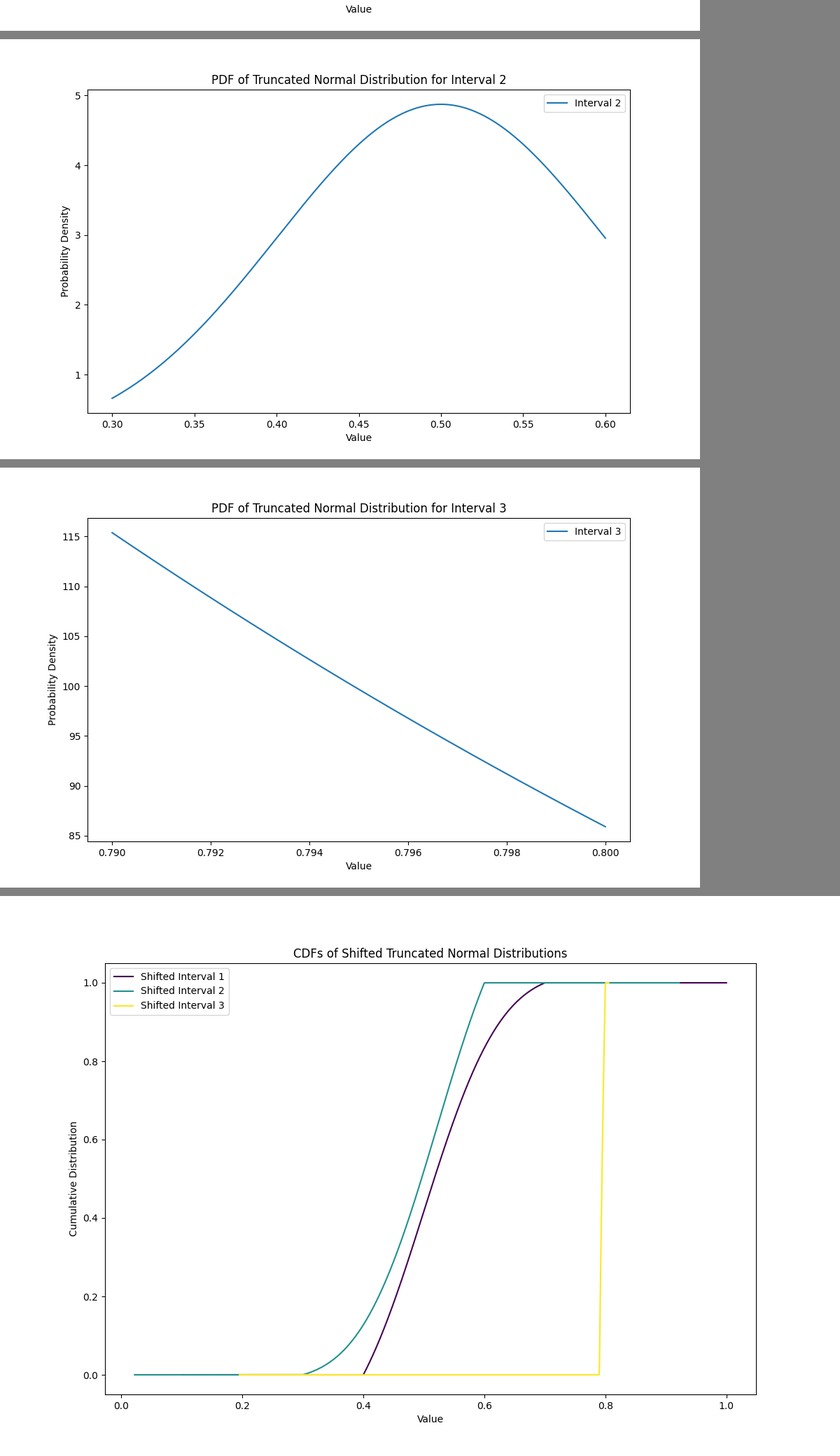
Repository: KrystofM/stealing-part-lm-supplementary-plaid
Script's output: python optimize_logit_queries/askers/some_one_over_n_copy.py
An editor plug-in stored every save of this project. The script's output is shown before and after the next save, followed by the edit.
The pictures show rows 556 to 2636 of an output 2636 px tall, at 70% of full size.
Each picture stacks the figures in order, with grey between them; figures that are only written to a file come last. Random numbers start from a fixed seed.

Above is the script's output before, as saved 2024-06-20 16:25:33.

After the next save:
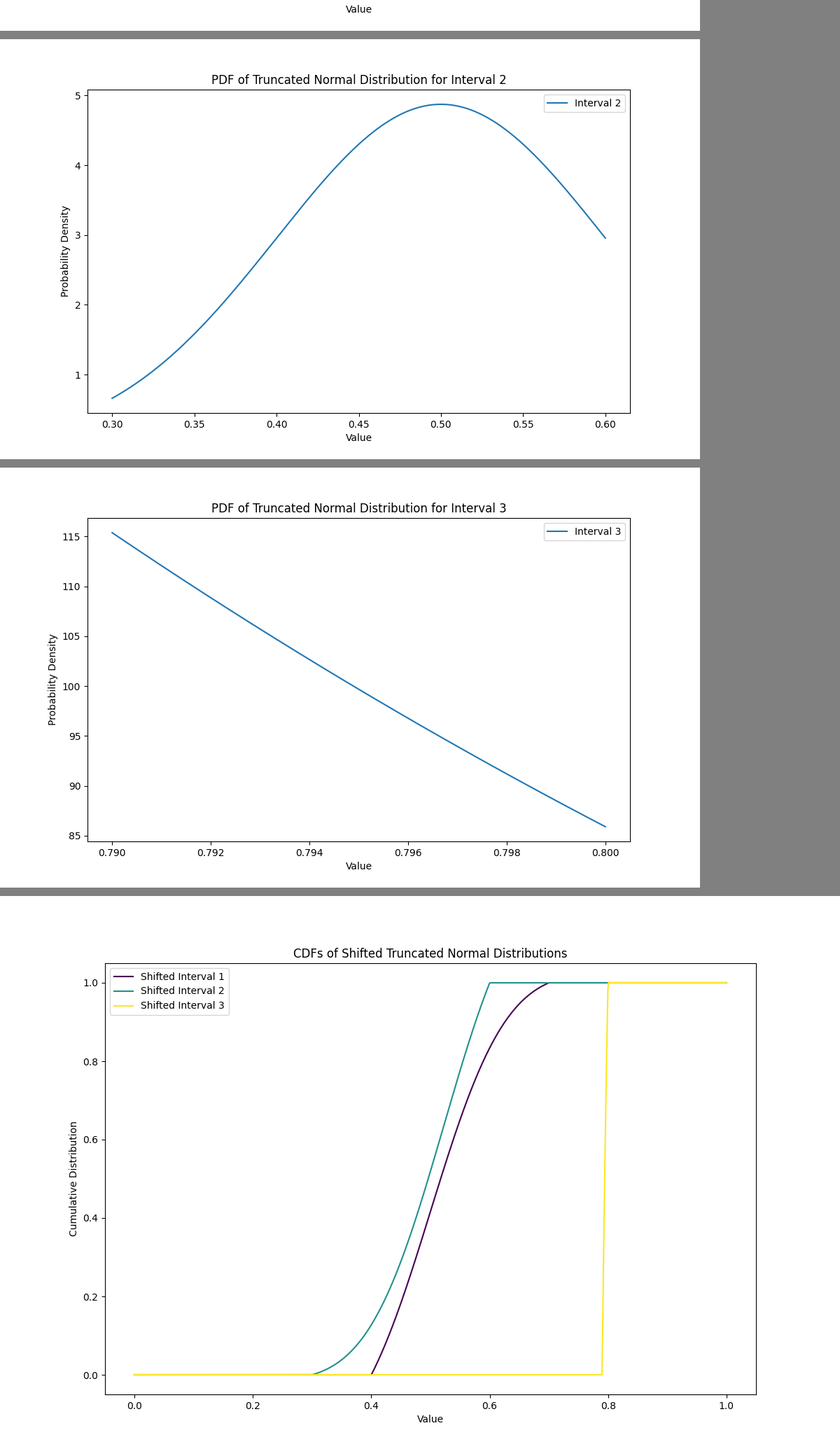
Saved 86 s later.
--- a/optimize_logit_queries/askers/some_one_over_n_copy.py
+++ b/optimize_logit_queries/askers/some_one_over_n_copy.py
@@ -137,8 +137,8 @@ plt.figure(figsize=(12, 8))
 colors = plt.cm.viridis(np.linspace(0, 1, n))
 for i in range(n):
     # Adjust the range of x to cover the shifted distribution adequately
-    x_min = low[i] + r_values[i] - 3 * sigma  # Extend the range to cover more of the tail
-    x_max = high[i] + r_values[i] + 3 * sigma
+    x_min = 0  # Extend the range to cover more of the tail
+    x_max = 1
     x = np.linspace(x_min, x_max, 1000)
     shifted_dist = truncnorm((low[i] - mu - r_values[i]) / sigma, (high[i] - mu - r_values[i]) / sigma, loc=mu + r_values[i], scale=sigma)
     plt.plot(x, shifted_dist.cdf(x), color=colors[i], label=f'Shifted Interval {i+1}')
